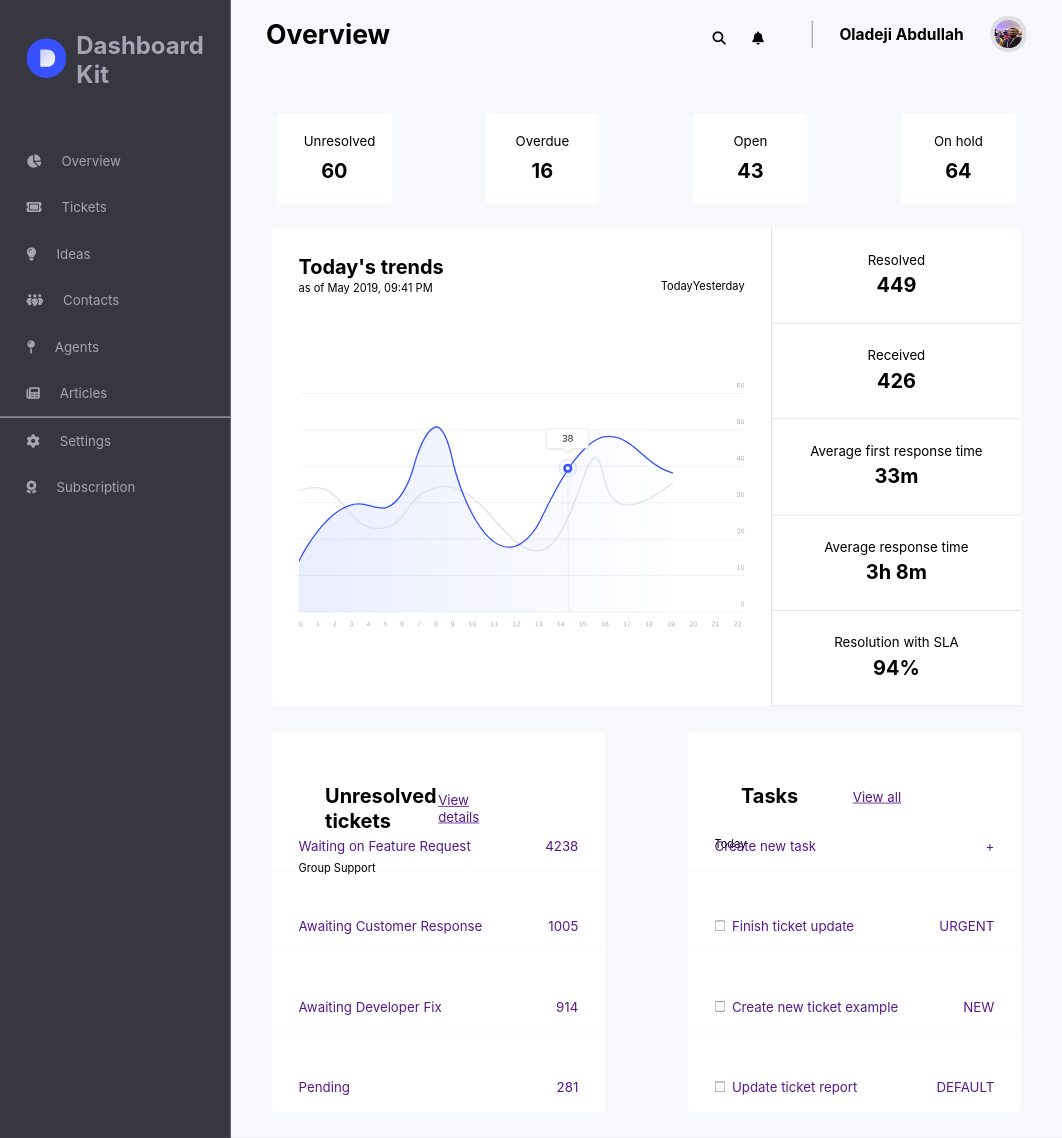
Repository: BuduCE/dashboard
Page: /
The author's editor kept a copy of each file at every save. The page is drawn from the files as they stood at one save, then again after the next save.
The browser window is 1280 px wide. The pictures show the whole page, at 83% of full size.
Some web libraries are served in a nearby version. The project was rebuilt for these pictures with package versions that can differ from the ones it lists, and the page was loaded fresh each time. Also part of the build but not shown: src/pages/Tickets/index.jsx, src/components/common/Logo/styles.css.

Above is the page before, as saved 2022-08-06 00:20:11.

After the next save:
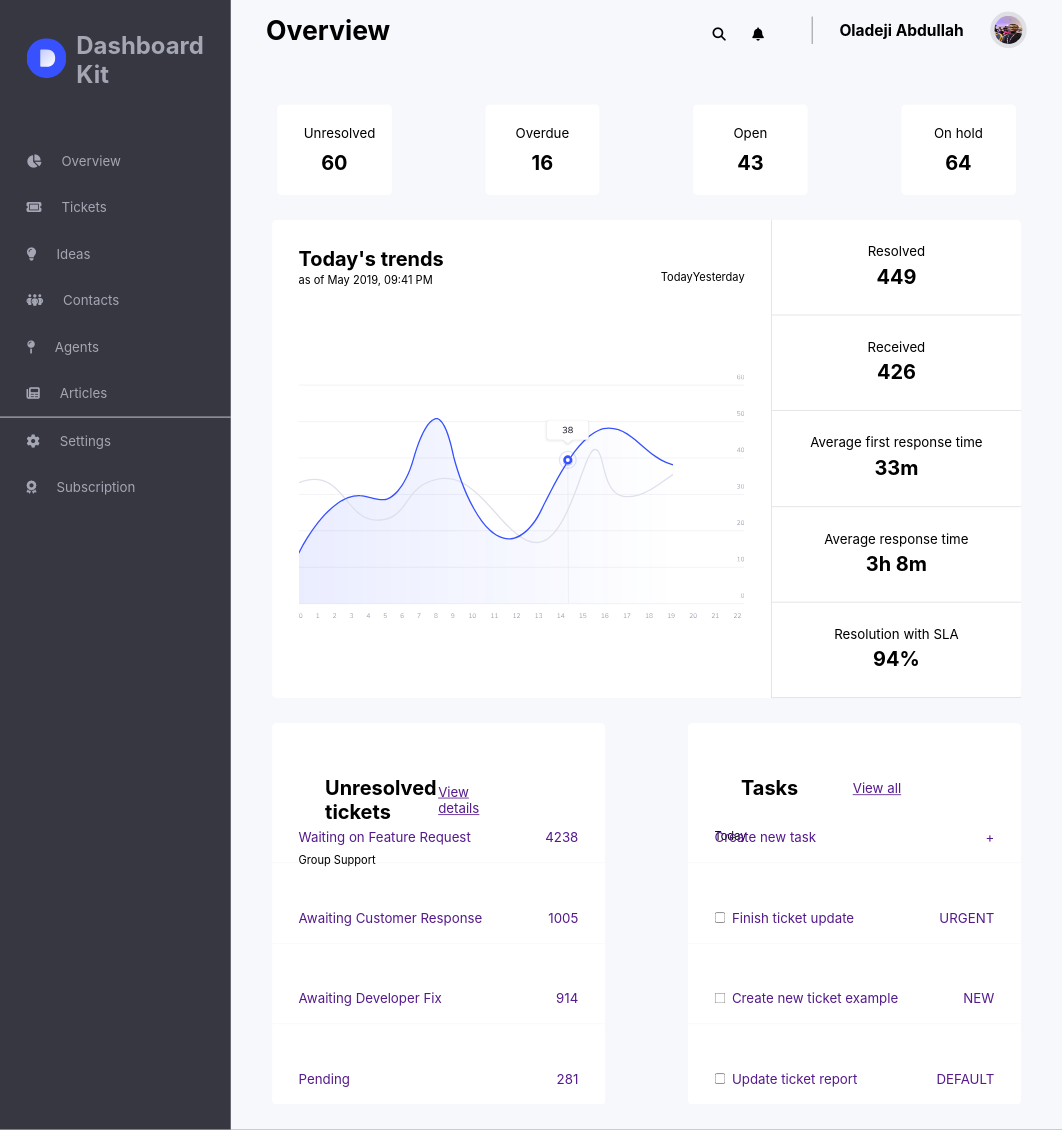
Saved 19 s later.
--- a/src/components/common/Header/styles.css
+++ b/src/components/common/Header/styles.css
@@ -3,7 +3,7 @@
     justify-content: space-between;
     width: 100%;
     height: 10vh;
-    padding: 41px 43px;
+    padding: 36px 43px;
     align-items: center;
 }
 .headerR{
